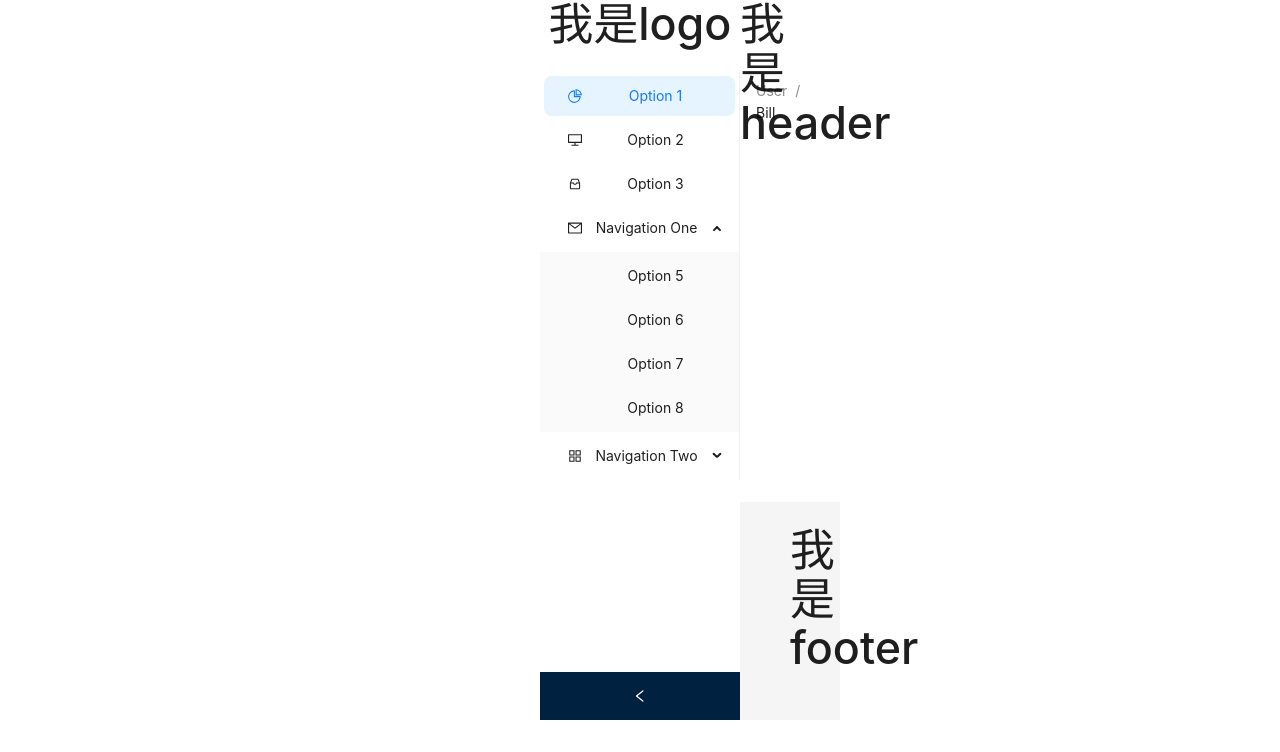
Repository: chenyl8848/chen-tool-collection
Page: /
These files come from the project's save history. The page is drawn as it stood at one moment and after the next save; the edit follows.
The browser window is 1280 px wide. The pictures show the whole page.
The project was rebuilt for these pictures with package versions that can differ from the ones it lists, and the page was loaded fresh each time. Also part of the build but not shown: vite.config.ts, src/components/HelloWorld.vue.

Above is the page before, as saved 2024-01-09 11:06:59.

### src/main.ts
import { createApp } from 'vue'
import './style.css'

// import Antd from 'ant-design-vue';
import 'ant-design-vue/dist/reset.css';

import App from './App.vue'

const app = createApp(App)

// app.use(Antd)

app.mount('#app')

### src/App.vue
<script setup lang="ts">
import Layout from '@/layout/index.vue';
</script>

<template>
  <div>
    <Layout></Layout>
  </div>
</template>

<style scoped>
</style>

### src/layout/index.vue
<script lang="ts" setup>
import Logo from '@/layout/siderbar/logo/index.vue'
import Menu from '@/layout/siderbar/menu/index.vue'
import Header from '@/layout/header/index.vue'
import Footer from '@/layout/footer/index.vue'
import Content from '@/layout/content/index.vue'

import Siderbar from '@/layout/siderbar/index.vue'
</script>

<template>
    <a-layout class="layout">
        <a-layout-sider v-model:collapsed="collapsed" collapsible class="layout-siderbar">
            <!-- <div class="logo">
                <Logo></Logo>
            </div>
            <div class="menu">
                <Menu></Menu>
            </div> -->
                <Siderbar></Siderbar>
        </a-layout-sider>
        <a-layout>
            <a-layout-header class="layout-header">
                <Header></Header>
            </a-layout-header>
            <a-layout-content class="layout-content">
               <Content></Content>
            </a-layout-content>
            <a-layout-footer style="text-align: center">
                <Footer></Footer>
            </a-layout-footer>
        </a-layout>
    </a-layout>
</template>

<style scoped>
.layout {
    min-height: 100vh;

}

.layout-siderbar {
    background-color: white;

}

.logo {
    padding: 5px;
    height: 90px;
}

.layout-header {
    background: #fff;
    padding: 0
}

.layout-content {
    margin: 0 16px;
}
</style>

### src/layout/header/index.vue
<script lang="ts" setup>

</script>

<template>
  <div>
    <h1>我是header</h1>
  </div>
</template>

### src/layout/footer/index.vue
<script lang="ts" setup>

</script>

<template>
  <div>
    <h1>我是footer</h1>
  </div>
</template>

### src/layout/content/index.vue
<script lang="ts" setup>

</script>

<template>
  <a-breadcrumb style="margin: 16px 0">
    <a-breadcrumb-item>User</a-breadcrumb-item>
    <a-breadcrumb-item>Bill</a-breadcrumb-item>
  </a-breadcrumb>
  <div :style="{ padding: '24px', background: '#fff', minHeight: '360px' }">

  </div>
</template>

### src/layout/siderbar/index.vue
<script lang="ts" setup>
import Logo from '@/layout/siderbar/logo/index.vue'
import Menu from '@/layout/siderbar/menu/index.vue'
</script>

<template>
  <div>
    <Logo></Logo>
    <Menu></Menu>
  </div>
</template>

<style scoped>
</style>

### src/layout/siderbar/logo/index.vue
<script lang="ts" setup>

</script>

<template>
  <div>
    <h1>我是logo</h1>
  </div>
</template>

### src/layout/siderbar/menu/index.vue
<template>
    <div>
      <a-menu
        v-model:openKeys="state.openKeys"
        v-model:selectedKeys="state.selectedKeys"
        mode="inline"
        :inline-collapsed="state.collapsed"
        :items="items"
      ></a-menu>
    </div>
  </template>
  <script lang="ts" setup>
  import { reactive, watch, h } from 'vue';
  import {
    MenuFoldOutlined,
    MenuUnfoldOutlined,
    PieChartOutlined,
    MailOutlined,
    DesktopOutlined,
    InboxOutlined,
    AppstoreOutlined,
  } from '@ant-design/icons-vue';
  const state = reactive({
    collapsed: false,
    selectedKeys: ['1'],
    openKeys: ['sub1'],
    preOpenKeys: ['sub1'],
  });
  const items = reactive([
    {
      key: '1',
      icon: () => h(PieChartOutlined),
      label: 'Option 1',
      title: 'Option 1',
    },
    {
      key: '2',
      icon: () => h(DesktopOutlined),
      label: 'Option 2',
      title: 'Option 2',
    },
    {
      key: '3',
      icon: () => h(InboxOutlined),
      label: 'Option 3',
      title: 'Option 3',
    },
    {
      key: 'sub1',
      icon: () => h(MailOutlined),
      label: 'Navigation One',
      title: 'Navigation One',
      children: [
        {
          key: '5',
          label: 'Option 5',
          title: 'Option 5',
        },
        {
          key: '6',
          label: 'Option 6',
          title: 'Option 6',
        },
        {
          key: '7',
          label: 'Option 7',
          title: 'Option 7',
        },
        {
          key: '8',
          label: 'Option 8',
          title: 'Option 8',
        },
      ],
    },
    {
      key: 'sub2',
      icon: () => h(AppstoreOutlined),
      label: 'Navigation Two',
      title: 'Navigation Two',
      children: [
        {
          key: '9',
          label: 'Option 9',
          title: 'Option 9',
        },
        {
          key: '10',
          label: 'Option 10',
          title: 'Option 10',
        },
        {
          key: 'sub3',
          label: 'Submenu',
          title: 'Submenu',
          children: [
            {
              key: '11',
              label: 'Option 11',
              title: 'Option 11',
            },
            {
              key: '12',
              label: 'Option 12',
              title: 'Option 12',
            },
          ],
        },
      ],
    },
  ]);
  watch(
    () => state.openKeys,
    (_val, oldVal) => {
      state.preOpenKeys = oldVal;
    },
  );
  const toggleCollapsed = () => {
    state.collapsed = !state.collapsed;
    state.openKeys = state.collapsed ? [] : state.preOpenKeys;
  };
  </script>

Loaded but not shown: index.html (common file); src/style.css (common file)

After the next save:
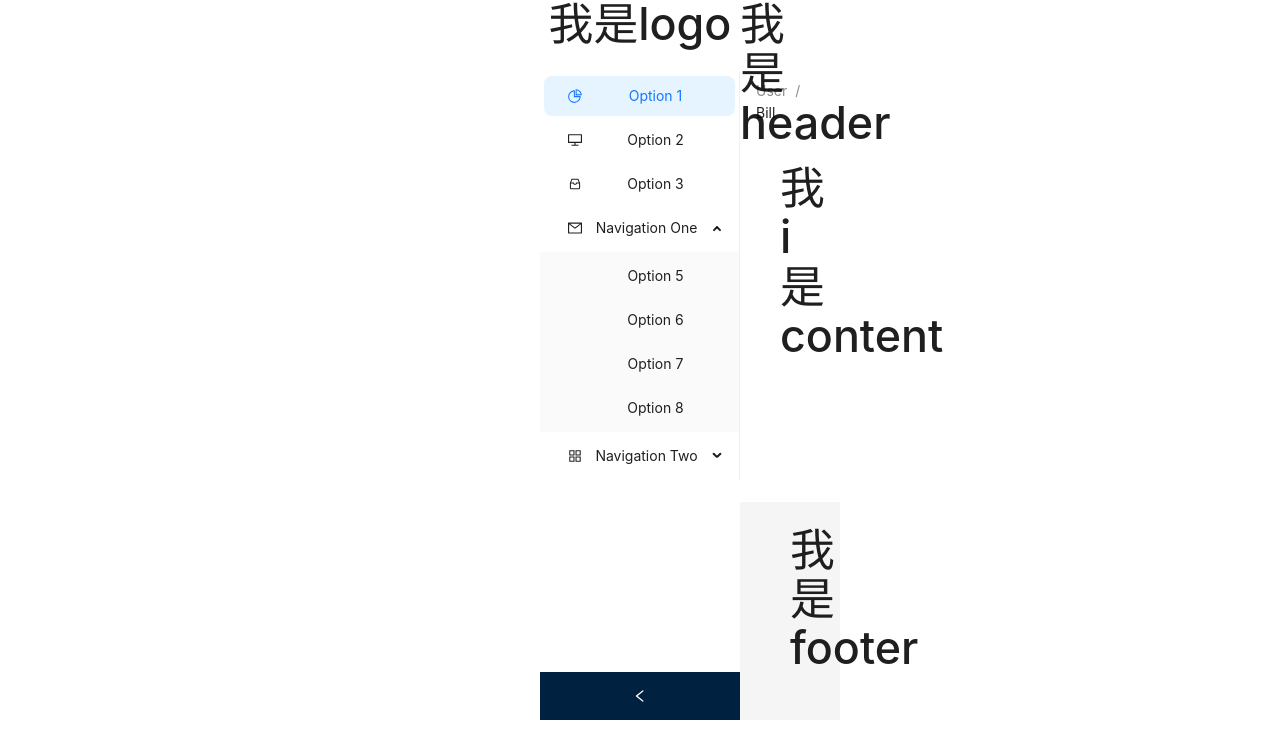
Saved 11 s later.
--- a/src/layout/content/index.vue
+++ b/src/layout/content/index.vue
@@ -8,6 +8,6 @@
     <a-breadcrumb-item>Bill</a-breadcrumb-item>
   </a-breadcrumb>
   <div :style="{ padding: '24px', background: '#fff', minHeight: '360px' }">
-
+    <h1>我i是content</h1>
   </div>
 </template>
